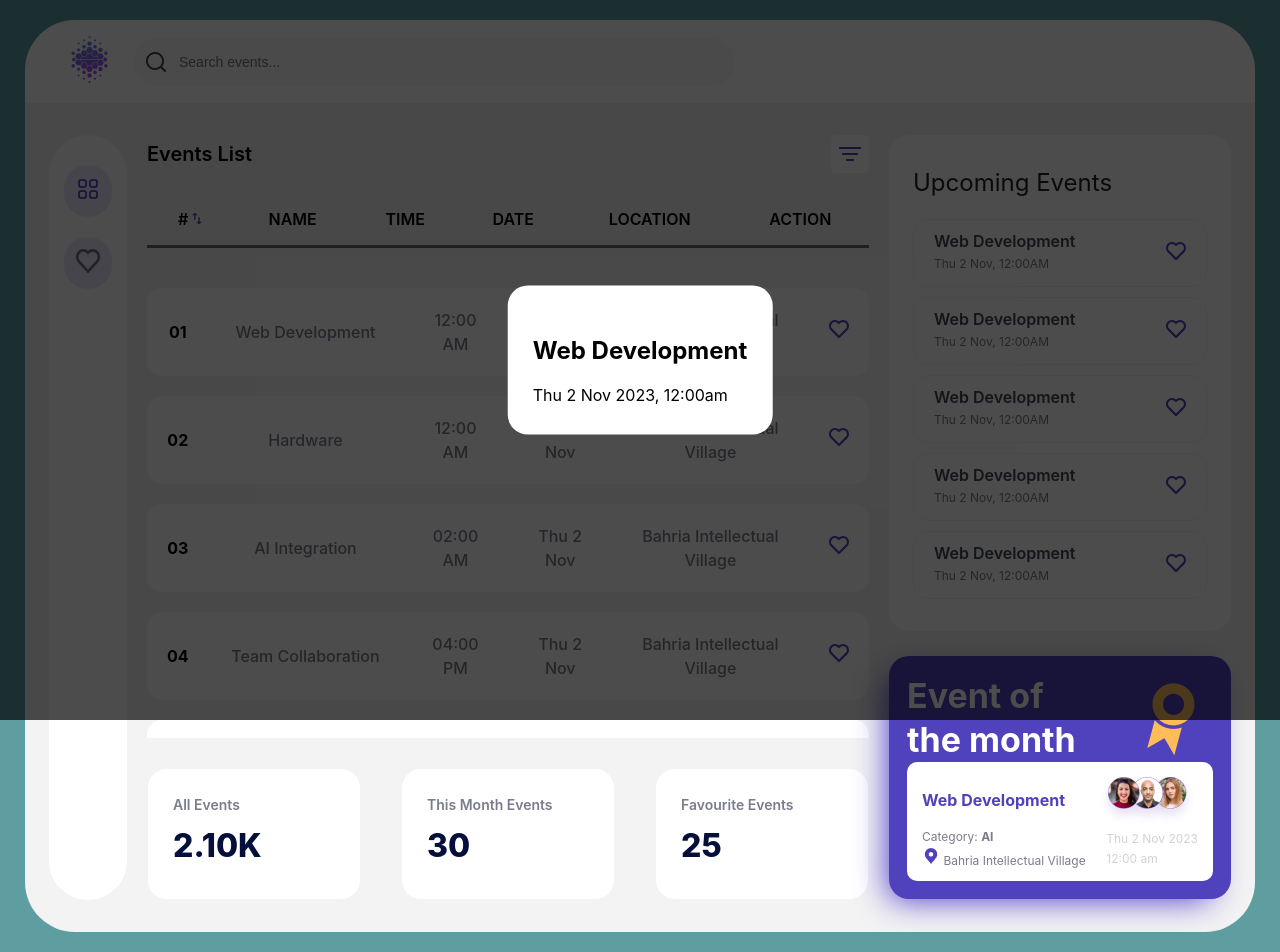
Repository: ahmadunitedsol710/react-dashboard
Page: /, after clicking the first element matching `tr.body_row`
These files come from the project's save history. The page is drawn as it stood at one moment and after the next save; the edit follows.
The browser window is 1280 px wide. The pictures show the whole page.
An inner scrolling area shows only its first screen. The project was rebuilt for these pictures with package versions that can differ from the ones it lists, and the page was loaded fresh each time.

Above is the page before, as saved 2024-08-02 09:57:55.

After the next save:
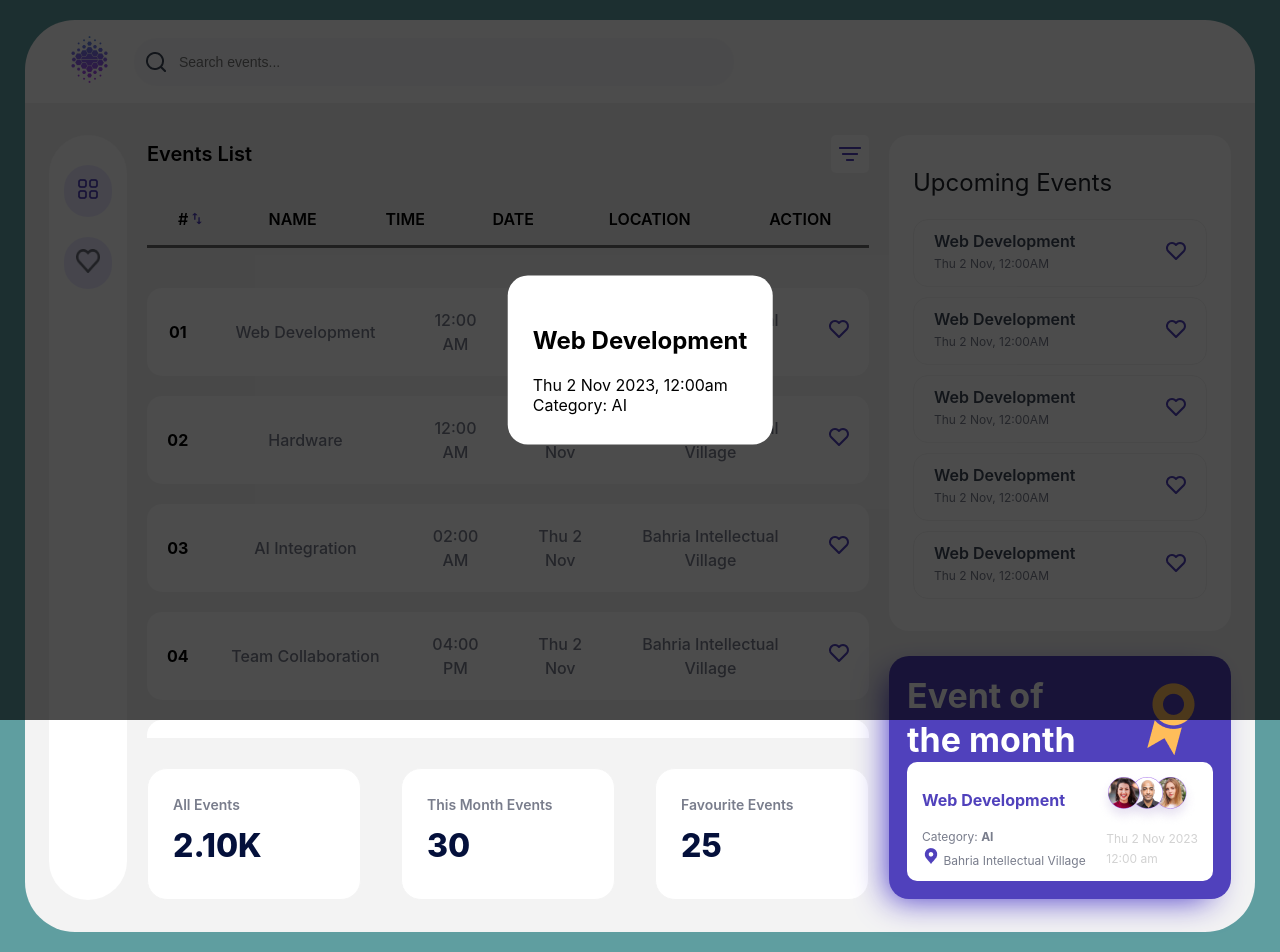
Saved 7 s later.
--- a/src/Components/Body/Detailpopup.js
+++ b/src/Components/Body/Detailpopup.js
@@ -11,7 +11,7 @@ const Detailpopup = ({closeModal}) => {
                         <h2 className="title">Web Development</h2>
                         <span className="time">Thu 2 Nov 2023, 12:00am</span>
                     </div>
-                    <span className="category"></span>
+                    <span className="category">Category: AI</span>
                 </div>
             </div>
         </div>
